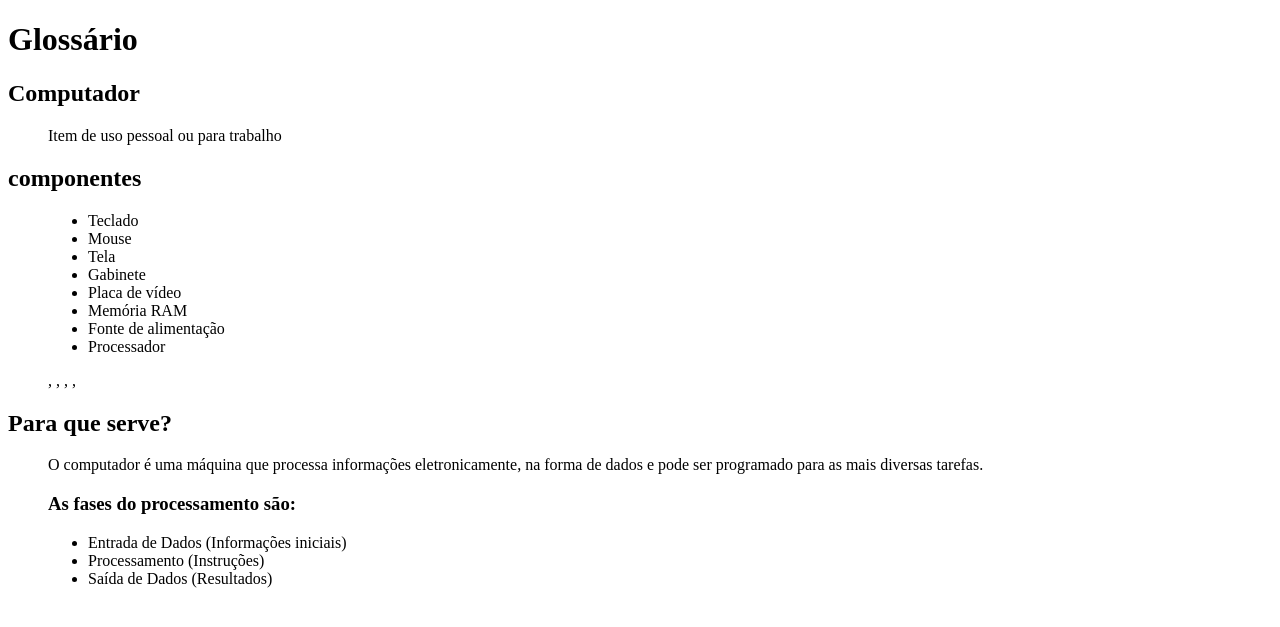
Repository: RenatoCCS/Mais1Code
Page: Rocketseat/Fundamentar/01 - O guia estelar de HTML/Desafios/1_Glossario/glossary.html
An editor plug-in stored every save of this project. The page is shown before and after the next save, followed by the edit.
The browser window is 1280 px wide. The pictures show the whole page.

Above is the page before, as saved 2022-04-18 20:54:24.

After the next save:
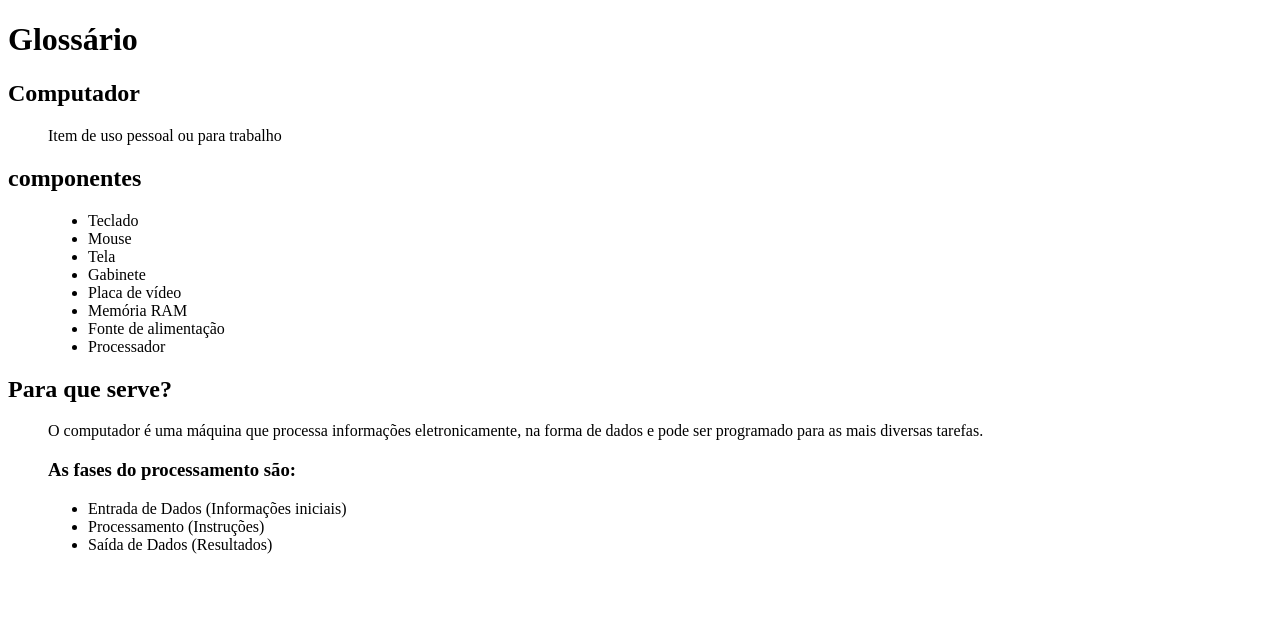
Saved 11 s later.
--- a/Rocketseat/Fundamentar/01 - O guia estelar de HTML/Desafios/1_Glossario/glossary.html
+++ b/Rocketseat/Fundamentar/01 - O guia estelar de HTML/Desafios/1_Glossario/glossary.html
@@ -27,7 +27,7 @@
 <li>Processador</li>
 
 
-       </ul> , , , , </dd>
+       </ul> </dd>
 
 <h2><dt>Para que serve?</dt></h2>
 <dd><p>O computador é uma máquina que processa informações eletronicamente, na forma de dados e pode ser programado para as mais diversas tarefas.
